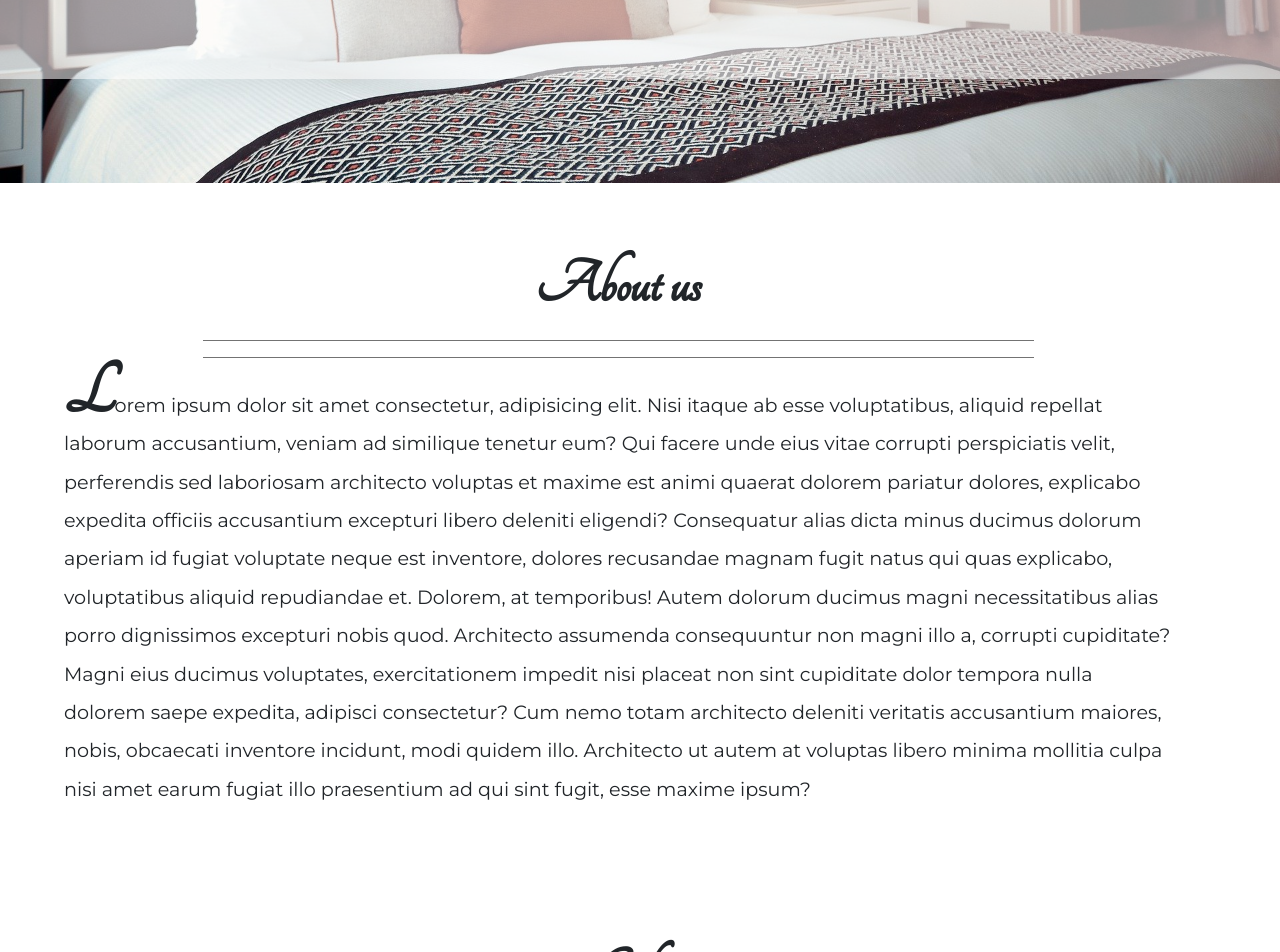
Repository: Ulaa93/Hotel-Zanzibar
Page: index.html
These files come from the project's save history. The page is drawn as it stood at one moment and after the next save; the edit follows.
The browser window is 1280 px wide. The pictures show the part of the page from y = 473 to 1425 px (the page is 2992 px tall before and 2944 px after).
A picture or video elsewhere on the page could not be fetched, so the positions and the page height are approximate.

Above is the page before, as saved 2020-01-28 11:09:14.

After the next save:
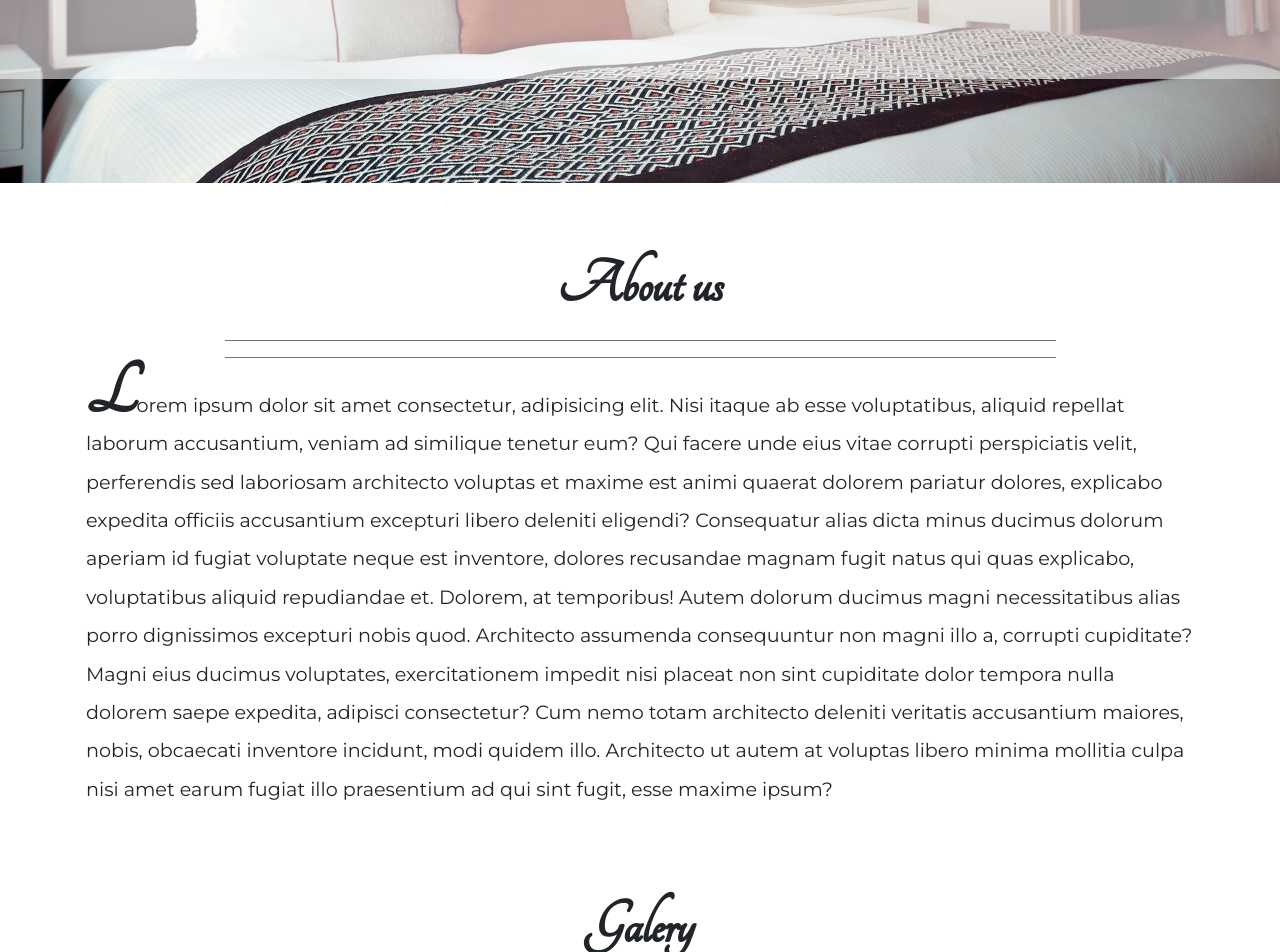
Saved 17 s later.
--- a/style.css
+++ b/style.css
@@ -46,7 +46,7 @@
   font-weight: 600;
 }
 .hotel-about{
-  margin: 48px;
+  margin-top: 48px;
 }
 h2 {
   text-align: center;
